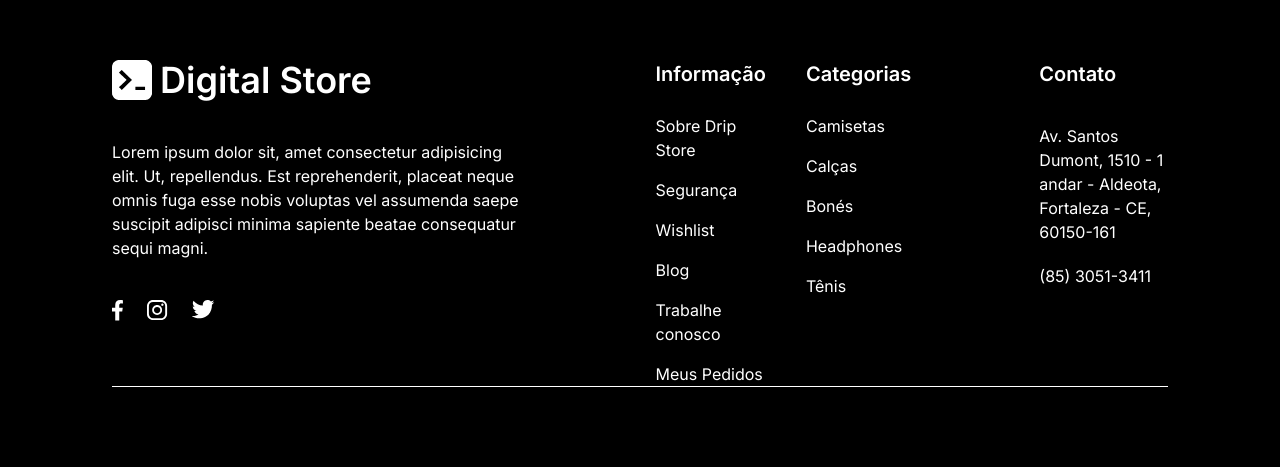
Repository: geracao-09/digital-store
Page: index.html
These files come from the project's save history. The page is drawn as it stood at one moment and after a run of saves; the edit follows.
The browser window is 1280 px wide. The pictures show the part of the page from y = 3410 to 3877 px (the page is 3877 px tall before and 3876 px after).
A picture or video elsewhere on the page could not be fetched, so the positions and the page height are approximate.

Above is the page before, as saved 2025-04-25 09:01:02.

After the next 2 saves:
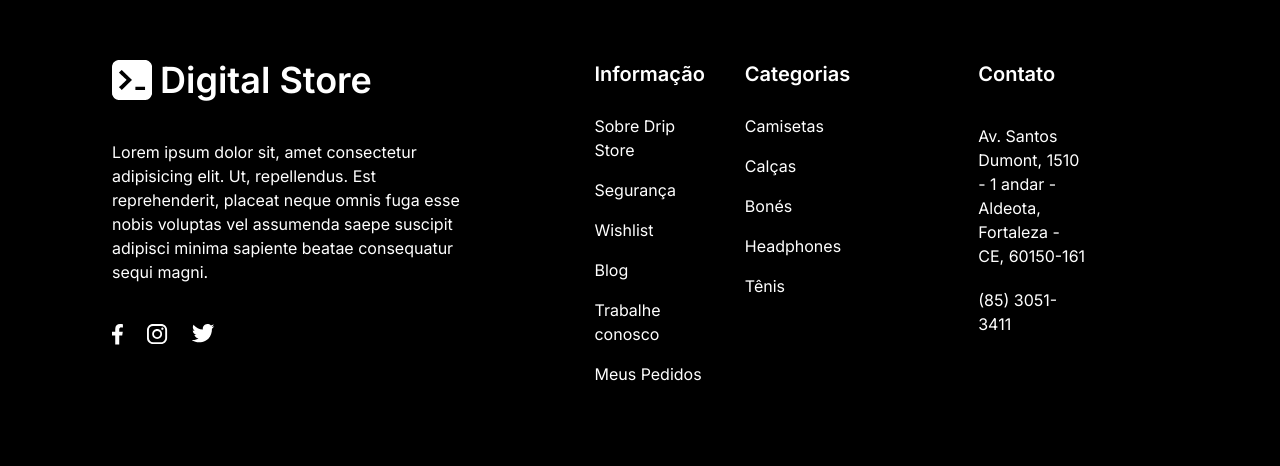
The 2 saves are shown as one change because they came seconds apart.
The last was saved 75 s later.
--- a/index.html
+++ b/index.html
@@ -318,7 +318,7 @@
         </div>
     </section>
 </main>
-<footer class="bg-black text-white py-20 px-28">
+<footer class="bg-black text-white py-20 px-28 flex flex=col gap-10">
     <div class="flex gap-32">
         <div  class="flex flex-col gap-10">
             <div class="flex gap-2">
